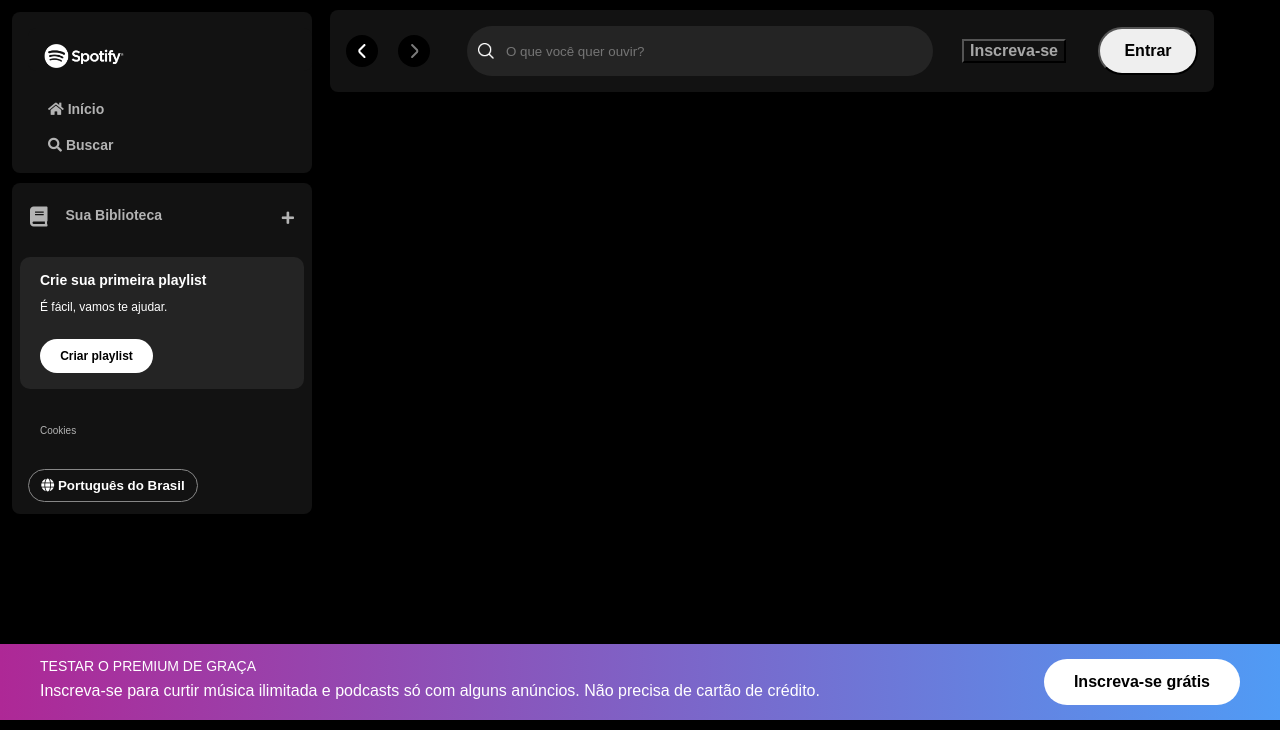
Repository: rafaazevedo-gs/Imers-o-Alura-Front-end
Page: index.html
An editor plug-in stored every save of this project. The page is shown before and after the next save, followed by the edit.
The browser window is 1280 px wide. The pictures show the whole page.

Above is the page before, as saved 2025-01-30 20:44:13.

After the next save:
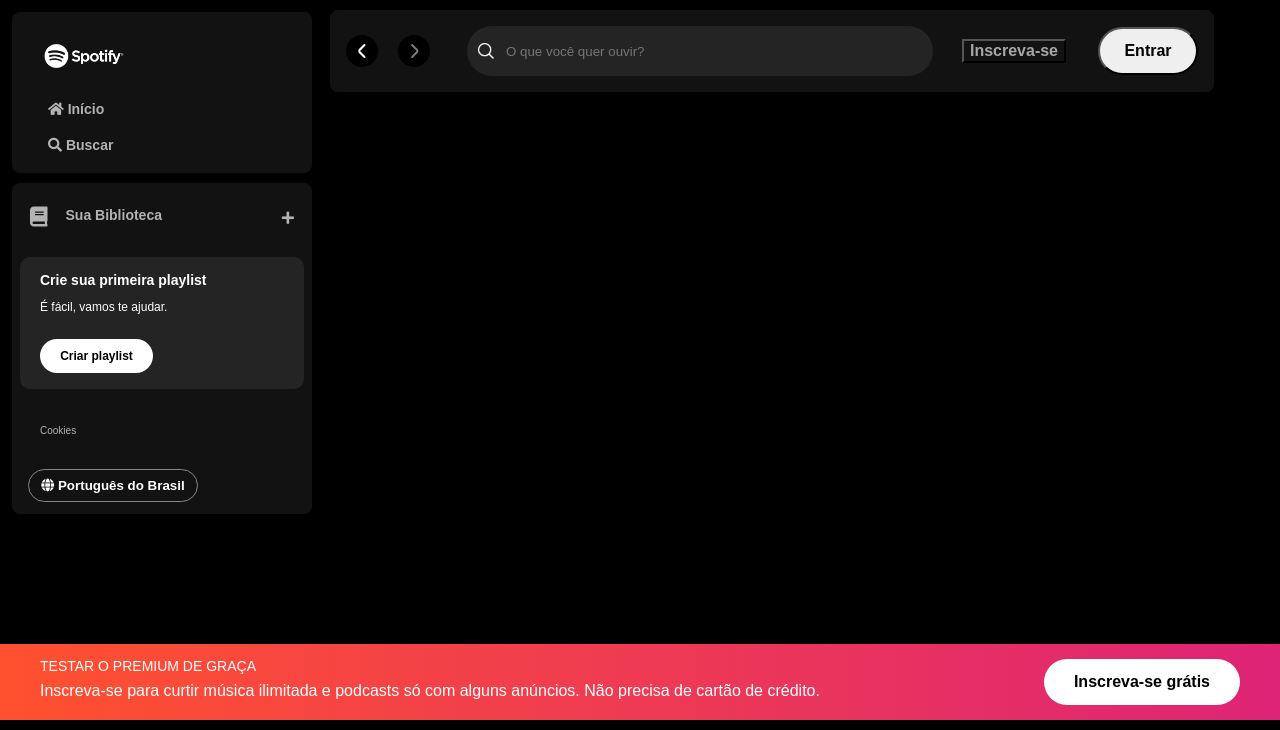
Saved 3 min 0 s later.
--- a/src/styles/sidebar-footer.css
+++ b/src/styles/sidebar-footer.css
@@ -171,7 +171,7 @@
     bottom: 0;
     left: 0;
     right: 0;
-    background: linear-gradient(to right, #ae2896, #509bf5);
+    background: linear-gradient(to right, #ff512f, #dd2476);
     padding: 15px 40px;
     display: flex;
     justify-content: space-between;
